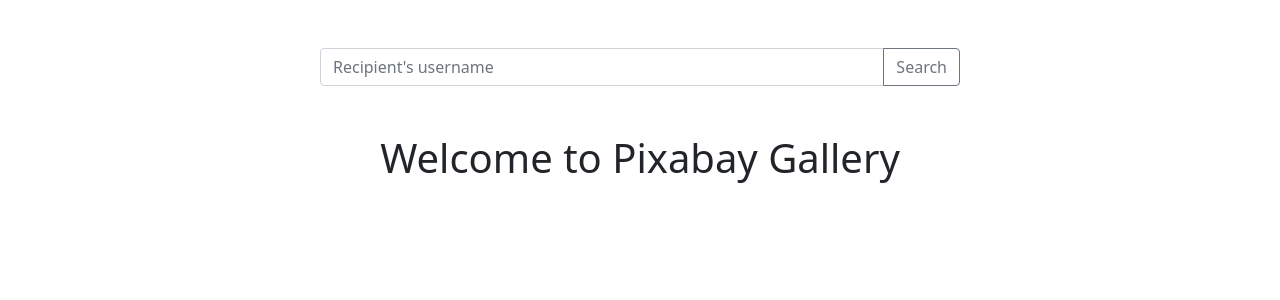
Repository: mehedi9465/PixaBay-Gallery
Page: index.html
The author's editor kept a copy of each file at every save. The page is drawn from the files as they stood at one save, then again after a run of saves.
The browser window is 1280 px wide. The pictures show the whole page.

Above is the page before, as saved 2023-05-09 13:08:25.

### index.html
<!DOCTYPE html>
<html lang="en">
  <head>
    <meta charset="UTF-8" />
    <meta http-equiv="X-UA-Compatible" content="IE=edge" />
    <meta name="viewport" content="width=device-width, initial-scale=1.0" />
    <title>Pixabay</title>
    <link
      rel="shortcut icon"
      href="https://pixabay.com/favicon-32x32.png"
      type="image/x-icon"
    />
    <link
      href="https://cdn.jsdelivr.net/npm/bootstrap@5.1.1/dist/css/bootstrap.min.css"
      rel="stylesheet"
      integrity="sha384-F3w7mX95PdgyTmZZMECAngseQB83DfGTowi0iMjiWaeVhAn4FJkqJByhZMI3AhiU"
      crossorigin="anonymous"
    />
    <script
      src="https://cdn.jsdelivr.net/npm/bootstrap@5.1.1/dist/js/bootstrap.bundle.min.js"
      integrity="sha384-/bQdsTh/da6pkI1MST/rWKFNjaCP5gBSY4sEBT38Q/9RBh9AH40zEOg7Hlq2THRZ"
      crossorigin="anonymous"
    ></script>
    <link rel="stylesheet" href="css/style.css" />
  </head>
  <body>
    <main>
      <div class="input-group mt-5 mb-5 w-50 mx-auto overflow-hidden">
        <input
          type="text"
          class="form-control"
          placeholder="Recipient's username"
          aria-label="Recipient's username"
          aria-describedby="button-addon2"
          id="InputField"
        />
        <button
          class="btn btn-outline-secondary"
          type="button"
          id="button-addon2"
        >
          Search
        </button>
      </div>
      <h1 class="text-center fs-1 mt-5">Welcome to Pixabay Gallery</h1>
    </main>

    <script src="js/script.js"></script>
  </body>
</html>

### css/style.css
.col img{
    width: 450px;
    height: 350px;
    object-fit: cover;
}

### js/script.js
const KEY = "12991928-c7c6409774c494db9971343c7";
let dataList = [];

const getData = (query) => {
  fetch(
    `https://pixabay.com/api/?key=${KEY}&q=${query}&image_type=photo&pretty=true`
  )
    .then((response) => response.json())
    .then((data) => loadData(data.hits))
    .catch((err) => console.log(err));
};

document.getElementById("button-addon2").addEventListener("click", () => {
  const inputValue = document.getElementById("InputField").value;
  getData(inputValue);
});

const loadData = (datas) => {
  dataList = [...datas];
  if (datas.length === 0) {
    alert("No result found");
    return;
  }
  const imageContainer = document.getElementById("image-Container");
  imageContainer.innerHTML = "";
  datas.forEach((data) => {
    let imgSerial = datas.indexOf(data);
    const appendDiv = document.createElement("div");
    appendDiv.innerHTML = `
        <div id="image" class="col text-center" onclick="loadDetails('${data.largeImageURL}', '${imgSerial}')">
            <img src="${data.largeImageURL}" class="card-img-top" alt="...">
        </div>
        `;
    imageContainer.appendChild(appendDiv);
  });
};

const detailDiv = document.getElementById("details");

document.getElementById("InputField").addEventListener("click", () => {
  document.getElementById("InputField").value = "";
});

const loadDetails = (data, imgSerial) => {
  // console.log(imgSerial);
  const img = document.createElement("img");
  img.setAttribute("src", data);

  const nextBTN = document.createElement("span");
  // nextBTN.innerHTML = `<button class="btn btn-secondary border-0 outline-0">Next</button>`
  nextBTN.innerHTML = `<img src="https://cdn-icons-png.flaticon.com/512/892/892528.png" width='80' class="position-absolute end-0 top-50 bottom-50 m-auto cursor-pointer" alt="..." onclick="onNext('${imgSerial}')" />`;

  const prevBTN = document.createElement("span");
  // prevBTN.innerHTML = `<button class="btn btn-secondary border-0 outline-0">Prev</button>`
  prevBTN.innerHTML = `<img src="https://cdn-icons-png.flaticon.com/512/892/892512.png" width='80' class="position-absolute start-0 top-50 bottom-50 m-auto cursor-pointer" alt="..." onclick="onPrev('${imgSerial}')" />`;

  detailDiv.innerHTML = "";
  detailDiv.append(prevBTN);
  detailDiv.appendChild(img);
  detailDiv.append(nextBTN);
};

const onNext = (imgSerial) => {
  if (imgSerial >= 0 && imgSerial <= 18) {
    imgSerial++;
    const data = dataList[imgSerial];
    loadDetails(data.largeImageURL, imgSerial);
  } else if (imgSerial == 19) {
    imgSerial = 0;
    const data = dataList[imgSerial];
    loadDetails(data.largeImageURL, imgSerial);
  }
};

const onPrev = (imgSerial) => {
  if (imgSerial <= 19 && imgSerial >=1) {
    imgSerial--;
    const data = dataList[imgSerial];
    loadDetails(data.largeImageURL, imgSerial);
  } else if (imgSerial == 0) {
    imgSerial = 19;
    const data = dataList[imgSerial];
    loadDetails(data.largeImageURL, imgSerial);
  }
};

// const nextBTN = ' <span><img class="border-0 outline-0" src="https://cdn-icons-png.flaticon.com/512/892/892512.png" alt="Prev" width="200"></span>'
// const prevBTN = '<span><img src="https://cdn-icons-png.flaticon.com/512/892/892528.png" alt="Next" width="200"></span>'

After the next 3 saves:
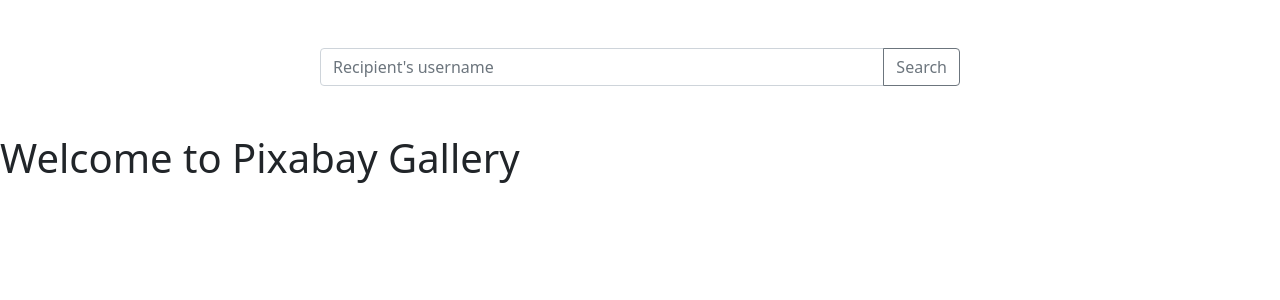
The 3 saves are shown as one change because they came seconds apart.
The last was saved 25 s later.
--- a/index.html
+++ b/index.html
@@ -42,7 +42,7 @@
           Search
         </button>
       </div>
-      <h1 class="text-center fs-1 mt-5">Welcome to Pixabay Gallery</h1>
+      <h1 class="text-center fs-1 position-absolute">Welcome to Pixabay Gallery</h1>
     </main>
 
     <script src="js/script.js"></script>
